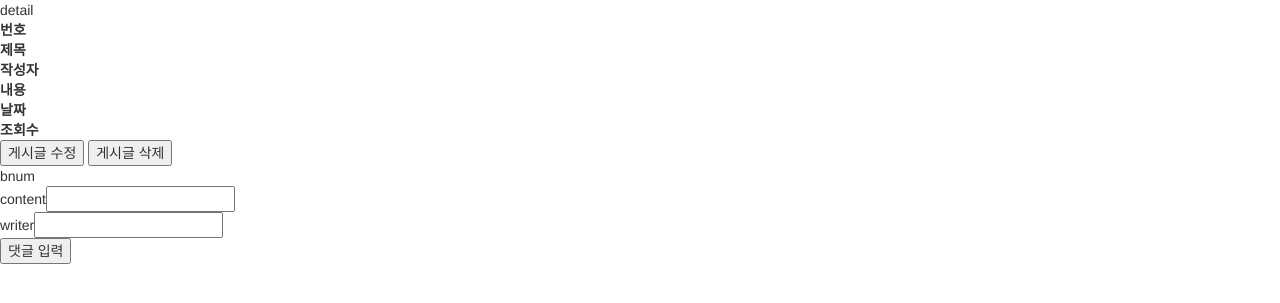
Repository: changyunLee/practice_01
Page: http://localhost/board0513/WEB-INF/views/detail.jsp
The author's editor kept a copy of each file at every save. The page is drawn from the files as they stood at one save, then again after the next save.
The browser window is 1280 px wide. The pictures show the whole page.
The page is served by Tomcat 9. Nobody is signed in. Other server files are loaded and not shown. The template is opened directly, without the code that normally fills it, so the values that code supplies are empty.

Above is the page before, as saved 2021-10-05 03:13:31.

### SpringMVC_WORK/board0513/src/main/webapp/WEB-INF/views/detail.jsp
<%@ page language="java" contentType="text/html; charset=UTF-8"
	pageEncoding="UTF-8"%>
<%@ taglib prefix="c" uri="http://java.sun.com/jsp/jstl/core"%>


<!DOCTYPE html>
<html>
<head>
<!-- Latest compiled and minified CSS -->
<link rel="stylesheet" href="https://maxcdn.bootstrapcdn.com/bootstrap/3.4.1/css/bootstrap.min.css">

<!-- jQuery library -->
<script src="https://ajax.googleapis.com/ajax/libs/jquery/3.5.1/jquery.min.js"></script>

<!-- Latest compiled JavaScript -->
<script src="https://maxcdn.bootstrapcdn.com/bootstrap/3.4.1/js/bootstrap.min.js"></script>

<meta charset="UTF-8">

<title>Insert title here</title>
<script type="text/javascript"
 src="https://code.jquery.com/jquery-3.6.0.min.js"></script>
   <script type="text/javascript">
   function reply() {
   	$.ajax({
   		url : "/reply.do",
   		type : "POST",
   		data : $("#writerply").serialize(),
   	 	dataType:"JSON",
   	 	success : function (result){
   	 			console.log(result);
   	 		  alert("작성 완료?");
   	 		  location.href="/home.do";
   	 	}
   	})
   }

   </script>
</head>
<body>
	detail
	<br />
	<table>

	<tr>
		<th>번호</th>
		<td>${board.bnum}</td>
	</tr>
	<tr>
		<th>제목</th>
		<td>${board.title}</td>
	</tr>
	<tr>
		<th>작성자</th>
		<td>${board.writer}</td>
	</tr>
	<tr>
		<th>내용</th>
		<td>${board.bcontent}</td>
	</tr>
	<tr>
		<th>날짜</th>
		<td>${board.bdate}</td>
	</tr>
	<tr>
		<th>조회수</th>
		<td>${board.bcnt}</td>
	</tr>

	</table>

	<button type="button"
		onclick="location.href='update.do?bnum=${board.bnum}'">게시글 수정</button>
	<button type="button"
		onclick="location.href='delete.do?bnum=${board.bnum}'">게시글 삭제</button>

	<!-- 댓글 -->
	<form id="writerply">
	bnum<input type="hidden" name= "bnum" value=" ${board.bnum }"/><br />
	content<input type="text" name="content" /><br />
	writer<input type="text" name="writer" value="${member.userid }"/><br />
	</form>
	<button type="button" onclick="reply()">댓글 입력</button>

	<div id="reply">
		<ol class="replyList">
			<c:forEach items="${replyList }" var="reply">
				<li>
					<p>
						작성자 : ${reply.writer } <br />
						작성 날짜 : ${reply.regdate }<br />
					</p>
					<p>-->${reply.content}</p>

				</li>
			</c:forEach>
		</ol>
	</div>


</body>
</html>

After the next save:
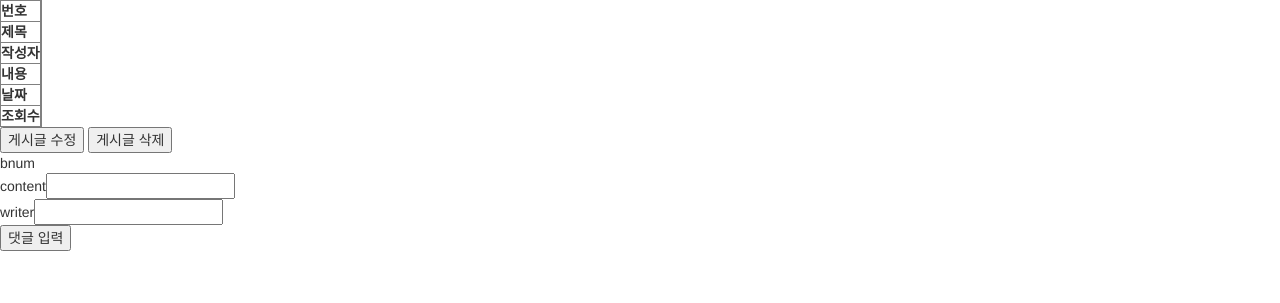
Saved 32 s later.
--- a/SpringMVC_WORK/board0513/src/main/webapp/WEB-INF/views/detail.jsp
+++ b/SpringMVC_WORK/board0513/src/main/webapp/WEB-INF/views/detail.jsp
@@ -38,9 +38,8 @@
    </script>
 </head>
 <body>
-	detail
-	<br />
-	<table>
+
+	<table border="1">
 
 	<tr>
 		<th>번호</th>
